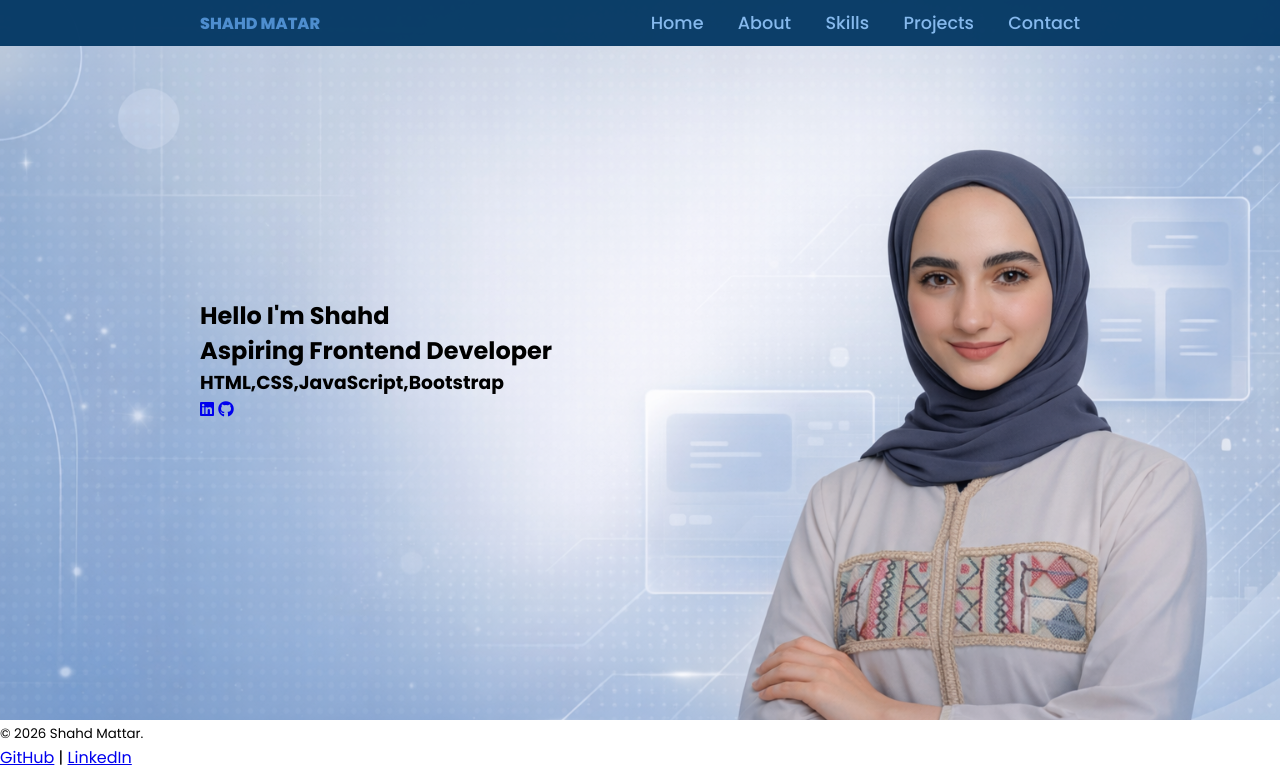
Repository: shahdmattar/personal-landing-page
Page: index.html
The author's editor kept a copy of each file at every save. The page is drawn from the files as they stood at one save, then again after the next save.
The browser window is 1280 px wide. The pictures show the whole page.
Backgrounds fixed to the window are drawn as part of the page.

Above is the page before, as saved 2026-04-15 02:24:50.

### index.html
<!doctype html>
<html lang="en">
  <head>
    <meta charset="UTF-8" />
    <meta name="viewport" content="width=device-width, initial-scale=1.0" />
    <title>Shahd Matar | Personal Landing Page</title>
    <meta
      name="description"
      content="Personal landing page of Shahd Matar, Computer Engineering student and frontend learner."
    />
    <link
      rel="stylesheet"
      href="https://cdnjs.cloudflare.com/ajax/libs/font-awesome/6.0.0/css/all.min.css"
    />
    <link rel="stylesheet" href="style.css" />
    <!-- <link rel="stylesheet" href="test.css"> -->
  </head>

  <body>
    <header>
      <a href="#" class="logo">Shahd Matar</a>
      <nav class="navgation">
        <a href="#hero">Home</a>
        <a href="#about">About</a>
        <a href="#skills">Skills</a>
        <a href="#projects">Projects</a>
        <a href="#contact">Contact</a>
      </nav>
    </header>


      <section class="main">
        <div>
          <h2>Hello I'm Shahd<br> <span>Aspiring Frontend Developer</span></h2>
          <h3>HTML,CSS,JavaScript,Bootstrap</h3>
          <div class="social-icons">
            <a href="https://www.linkedin.com/in/shahd-matar-957608368"><i class="fab fa-linkedin"></i></a>
            <a href="https://github.com/shahdmattar"><i class="fab fa-github"></i></a>
          </div>
        </div>

      </section>


    <!-- Footer -->
    <footer>
      <p><small> &copy; 2026 Shahd Mattar.</small></p>
      <p>
        <a
          href="https://github.com/shahdmattar"
          target="_blank"
          rel="noopener noreferrer"
          >GitHub</a
        >
        |
        <a
          href="https://www.linkedin.com/in/shahd-matar-957608368"
          target="_blank"
          rel="noopener noreferrer"
          >LinkedIn</a
        >
      </p>
    </footer>
  </body>
</html>

### style.css
@import url('https://fonts.googleapis.com/css2?family=Dancing+Script:wght@400..700&family=Poppins:ital,wght@0,100;0,200;0,300;0,400;0,500;0,600;0,700;0,800;0,900;1,100;1,200;1,300;1,400;1,500;1,600;1,700;1,800;1,900&display=swap');

* {
  font-family:"Poppins", sans-serif;
  margin: 0;
  padding: 0;
  box-sizing: border-box;
  scroll-behavior:smooth;
}

header{
  width:100%;
  background-color:rgba(4, 56, 99, 0.96);
  position:fixed;
  display:flex;
  justify-content: space-between;
  align-items:center;
  z-index: 999;
  padding:10px 200px;
}

.logo{
  text-decoration:none;
  text-transform:uppercase;
  color:#4e8ecf;
  font-size:2rm;
  font-weight:800;
}

.navgation a{
  color:#86b9ed;
  text-decoration:none;
  font-size:1.1rem;
  font-weight:500;
  padding-left:30px;
}

.navgation a:hover{
  color:#042241;
  font-size:1.2rem;
  font-weight:600;
}

section{
   padding:200px 200px;
}
.main{
  width:100%;
  min-height:100vh;
  display:flex;
  align-items:center;
  background:url(images/background.png);
  background-repeat:no-repeat;
  background-size:cover;
  /* background-position:center; */
  background-attachment: fixed;
}

After the next save:
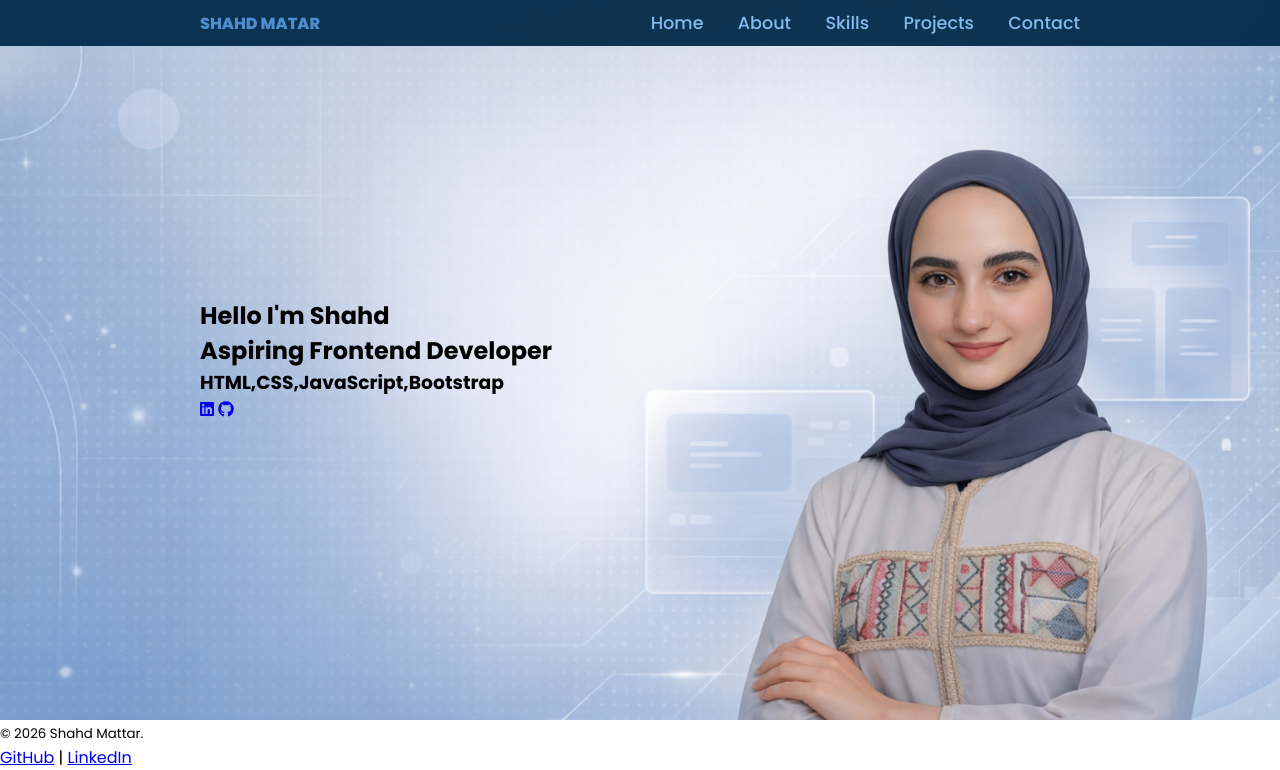
Saved 32 s later.
--- a/style.css
+++ b/style.css
@@ -10,7 +10,7 @@
 
 header{
   width:100%;
-  background-color:rgba(4, 56, 99, 0.96);
+  background-color:rgba(5, 44, 75, 0.96);
   position:fixed;
   display:flex;
   justify-content: space-between;
